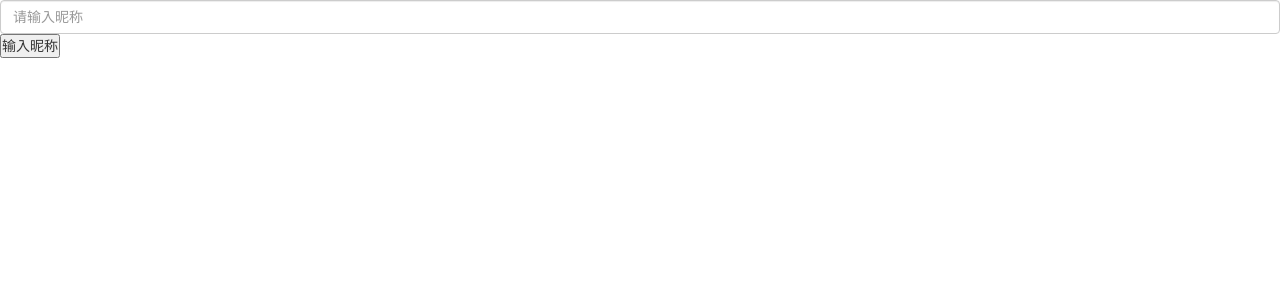
Repository: wyy511/node-socket.io
Page: client.html
These files come from the project's save history. The page is drawn as it stood at one moment and after the next save; the edit follows.
The browser window is 1280 px wide. The pictures show the whole page.
The page's requests for data from a server got no answer. Some web libraries are served in a nearby version.

Above is the page before, as saved 2019-11-20 23:30:52.
Console error (its wording comes from the project's code and is left out).

### client.html
<!DOCTYPE html>
<html lang="en">
<head>
  <meta charset="UTF-8">
  <meta name="viewport" content="width=device-width, initial-scale=1.0">
  <meta http-equiv="X-UA-Compatible" content="ie=edge">
  <title>吴瑶瑶的聊天室</title>
  <style>
    *{
      margin: 0;
      padding: 0;
    }
    #msgBox {
      display: none;
    }
  </style>
  <!-- 最新版本的 Bootstrap 核心 CSS 文件 -->
<link rel="stylesheet" href="https://cdn.jsdelivr.net/npm/bootstrap@3.3.7/dist/css/bootstrap.min.css" integrity="sha384-BVYiiSIFeK1dGmJRAkycuHAHRg32OmUcww7on3RYdg4Va+PmSTsz/K68vbdEjh4u" crossorigin="anonymous">
<!-- 最新的 Bootstrap 核心 JavaScript 文件 -->
<script src="https://cdn.jsdelivr.net/npm/bootstrap@3.3.7/dist/js/bootstrap.min.js" integrity="sha384-Tc5IQib027qvyjSMfHjOMaLkfuWVxZxUPnCJA7l2mCWNIpG9mGCD8wGNIcPD7Txa" crossorigin="anonymous"></script>
</head>
<body>
  <div id="nameBox">
    <input id="name" class="form-control" type="text" placeholder="请输入昵称">
    <button id="nameBtn">输入昵称</button>
  </div>
  <div id="msgBox">
    <input id="msg" onkeydown="enterChart(event)" />
    <button id="msgBtn" onclick="sendChart()">发送内容</button>
  </div>
  <script type="text/javascript" src="https://cdn.bootcss.com/socket.io/2.3.0/socket.io.js"></script>
  <script type="text/javascript">
    var socket = io.connect('ws://172.19.162.86:3000');
    var name = '';
    var userId = '';
    const msgBtn = document.getElementById('msgBtn');
    const msgEl = document.getElementById('msg');
    const nameBtn = document.getElementById('nameBtn');
    const nameEl = document.getElementById('name');
    const msgBox = document.getElementById('msgBox');
    const nameBox = document.getElementById('nameBox');
    nameBtn.onclick = () => {
      const val = nameEl.value;
      if (!val) return;
      name = val;
      socket.emit('changeName', name);
      nameEl.value = '';
      nameBox.style.display = 'none';
      msgBox.style.display = 'block';
    }
    // 如果客户端监听到socket消息，那么执行这个方法里的回调，且得到广播的消息
    socket.on("changeName", data => {
      console.log(data)
      var p = document.createElement("p");
      userId = data.userId;
      p.innerText = data.msg;
      document.body.appendChild(p);
    })
    function enterChart (e) {
      if (e.keyCode === 13) {
        sendChart();
      }
    }
    function sendChart () {
      const val = msgEl.value;
      if (!val) return;
      msgEl.value = '';
      socket.emit('chat', {
        userId,
        name,
        msg: val
      });
    }
    // 如果客户端监听到socket消息，那么执行这个方法里的回调，且得到广播的消息
    socket.on("chat", (data) => {
      var p = document.createElement("p");
      p.innerText = data.msg;
      document.body.appendChild(p);
    })
  </script>
</body>
</html>

After the next save:
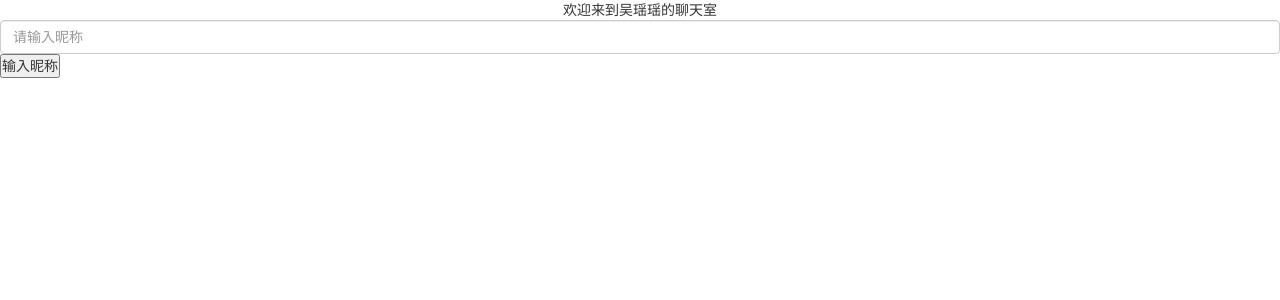
Saved 116 s later.
--- a/client.html
+++ b/client.html
@@ -10,6 +10,9 @@
       margin: 0;
       padding: 0;
     }
+    .title {
+      text-align: center;
+    }
     #msgBox {
       display: none;
     }
@@ -20,6 +23,11 @@
 <script src="https://cdn.jsdelivr.net/npm/bootstrap@3.3.7/dist/js/bootstrap.min.js" integrity="sha384-Tc5IQib027qvyjSMfHjOMaLkfuWVxZxUPnCJA7l2mCWNIpG9mGCD8wGNIcPD7Txa" crossorigin="anonymous"></script>
 </head>
 <body>
+  <div class="container">
+    <header>
+      <div class="title">欢迎来到吴瑶瑶的聊天室</div>
+    </header>
+  </div>
   <div id="nameBox">
     <input id="name" class="form-control" type="text" placeholder="请输入昵称">
     <button id="nameBtn">输入昵称</button>
